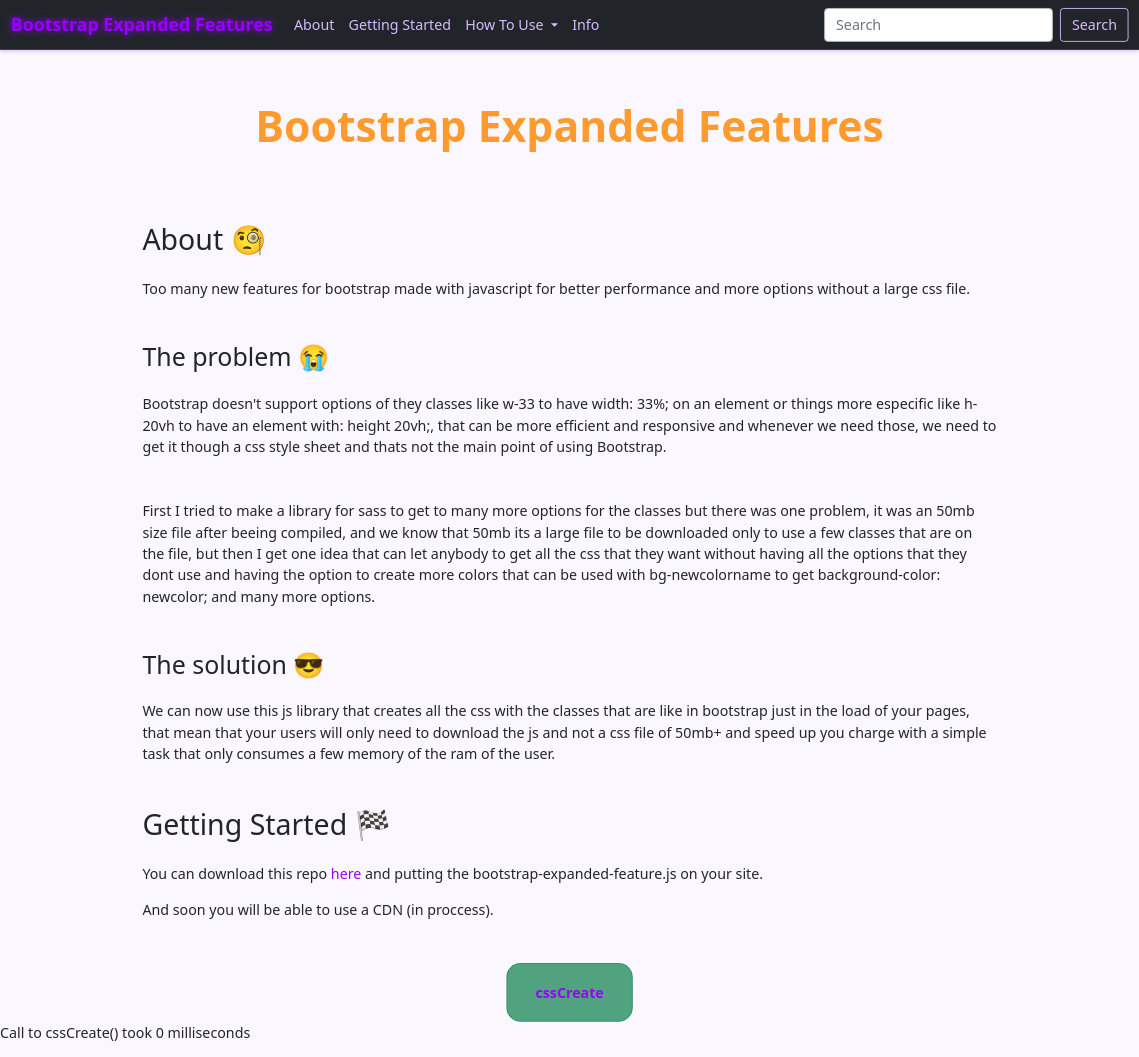
Repository: LynxPardelle/bootstrap-expanded-features
Page: index.html
An editor plug-in stored every save of this project. The page is shown before and after the next save, followed by the edit.
The browser window is 1280 px wide. The pictures show the whole page, at 89% of full size.

Above is the page before, as saved 2022-01-02 03:12:24.

### index.html
<!DOCTYPE html>
<html lang="es">
  <head>
    <meta charset="UTF-8" />
    <meta http-equiv="X-UA-Compatible" content="IE=edge" />
    <meta name="viewport" content="width=device-width, initial-scale=1.0" />
    <title>Bootstrap Expanded Features</title>
    <link
      href="https://cdn.jsdelivr.net/npm/bootstrap@5.1.3/dist/css/bootstrap.min.css"
      rel="stylesheet"
      integrity="sha384-1BmE4kWBq78iYhFldvKuhfTAU6auU8tT94WrHftjDbrCEXSU1oBoqyl2QvZ6jIW3"
      crossorigin="anonymous"
    />
    <link rel="stylesheet" href="./style.css" />
  </head>
  <body class="bef bef-bg-futurePop__OPA__0_03">
    <header>
      <nav
        class="
          navbar navbar-expand-lg navbar-dark
          bg-dark
          align-items-center
          bef
          bef-boxShadow-0px__2px__4px__lavender
          position-fixed
          top-0
          w-100
        "
      >
        <div class="container-fluid">
          <a class="navbar-brand bef bef-text-futurePop fw-bolder bef-textShadow-0px__0px__8px__futurePop" href="#"
            >Bootstrap Expanded Features</a
          >
          <button
            class="navbar-toggler"
            type="button"
            data-bs-toggle="collapse"
            data-bs-target="#navbarSupportedContent"
            aria-controls="navbarSupportedContent"
            aria-expanded="false"
            aria-label="Toggle navigation"
          >
            <span class="navbar-toggler-icon"></span>
          </button>
          <div class="collapse navbar-collapse" id="navbarSupportedContent">
            <ul class="navbar-nav me-auto mb-lg-0">
              <li class="nav-item">
                <a class="nav-link bef bef-text-lavender" href="#about"
                  >About</a
                >
              </li>
              <li class="nav-item">
                <a class="nav-link bef bef-text-lavender" href="#getting_started"
                  >Getting Started</a
                >
              </li>
              <li class="nav-item dropdown">
                <a
                  class="nav-link bef bef-text-lavender dropdown-toggle"
                  href="#howToUse"
                  id="navbarDropdown"
                  role="button"
                  data-bs-toggle="dropdown"
                  aria-expanded="false"
                >
                  How To Use
                </a>
                <ul
                  class="dropdown-menu dropdown-menu-dark"
                  aria-labelledby="navbarDropdown"
                >
                  <li>
                    <a class="dropdown-item bef bef-text-lavender" href="#"
                      >Action</a
                    >
                  </li>
                  <li>
                    <a class="dropdown-item bef bef-text-lavender" href="#"
                      >Another action</a
                    >
                  </li>
                  <li><hr class="dropdown-divider" /></li>
                  <li>
                    <a class="dropdown-item bef bef-text-lavender" href="#"
                      >Something else here</a
                    >
                  </li>
                </ul>
              </li>
              <li class="nav-item">
                <a class="nav-link bef bef-text-lavender" href="#Info">Info</a>
              </li>
            </ul>
            <form class="d-flex">
              <input
                id="searchInput"
                class="form-control me-2"
                type="search"
                placeholder="Search"
                aria-label="Search"
              />
              <button class="btn bef bef-btnOutline-lavender">Search</button>
            </form>
          </div>
        </div>
      </nav>

      <h1
        class="
          text-center
          d-block
          bef bef-w-85vw bef-w-md-75vw bef-fs-2rem bef-fs-md-3rem
          bef-m-7rem__auto__5rem
          bef-text-summer
          fw-bolder
        "
      >
        Bootstrap Expanded Features
      </h1>
    </header>

    <div>
      <main class="bef bef-w-85vw bef-wmx-1000px bef-w-md-75vw mx-auto">
        <section>
          <a id="about"></a>
          <h2>About 🧐</h2>
          <article>
            <p class="mt-4 mb-5 text-start">
              Too many new features for bootstrap made with javascript for
              better performance and more options without a large css file.
            </p>
          </article>
          <article>
            <h3>The problem 😭</h3>
            <p class="mt-4 mb-5 text-start">
              Bootstrap doesn't support options of they classes like w-33 to
              have width: 33%; on an element or things more especific like
              h-20vh to have an element with: height 20vh;, that can be more
              efficient and responsive and whenever we need those, we need to
              get it though a css style sheet and thats not the main point of
              using Bootstrap.
            </p>
            <p class="mt-4 mb-5 text-start">
              First I tried to make a library for sass to get to many more
              options for the classes but there was one problem, it was an 50mb
              size file after beeing compiled, and we know that 50mb its a large
              file to be downloaded only to use a few classes that are on the
              file, but then I get one idea that can let anybody to get all the
              css that they want without having all the options that they dont
              use and having the option to create more colors that can be used
              with bg-newcolorname to get background-color: newcolor; and many
              more options.
            </p>
          </article>
          <article>
            <h3>The solution 😎</h3>
            <p class="mt-4 mb-5 text-start">
              We can now use this js library that creates all the css with the
              classes that are like in bootstrap just in the load of your pages,
              that mean that your users will only need to download the js and
              not a css file of 50mb+ and speed up you charge with a simple task
              that only consumes a few memory of the ram of the user.
            </p>
          </article>
        </section>
        <section>
          <a id="getting_started"></a>
          <h2>Getting Started 🏁</h2>
          <article>
            <p class="mt-4 mb-3 text-start bef bef-link-futurePop">
              You can download this repo
              <a
                class="text-decoration-none"
                href="https://github.com/LynxPardelle/bootstrap-expanded-features.git"
                target="_blank"
                >here</a
              >
              and putting the bootstrap-expanded-feature.js on your site.
            </p>
            <p class="mt-3 mb-5 text-start bef bef-link-futurePop">
              And soon you will be able to use a CDN (in proccess).
            </p>
          </article>
        </section>
      </main>
      <aside></aside>
    </div>

    <footer>
      <a id="#info"></a>
      <button
        class="
          btn
          bef
          bef-btn-success__OPA__0_75
          bef-text-futurePop
          fw-bold
          d-block
          mx-auto
          bef-p-1_25rem__2rem
          bef-rounded-1rem
        "
        onclick="cssCreate()"
      >
        cssCreate
      </button>

      <div id="befTimer"></div>
    </footer>

    <!--
Classes:
w width
h height
wmx max-width
hmx max-height
wmn min-width
hmn min-height
rounded border-radius
z z-index
opacity opacity
top top
bottom bottom
end left
start right
fs font-size
lh line-height
gap gap
p padding
m margin
border border-width
borderStyle border-style

bg background-color
text color
link a color
borderColor border-color
btn background-color border-color box-shadow
btnOutline border-color box-shadow
boxShadow box-shadow
textShadow text-shadow

Sides:
s left
e right
t top
b bottom
x left & right
y top & bottom

BreakPoints:
sm 576
md 768
lg 992
xl 1200
xxl 1400
-->
    <script
      src="https://cdn.jsdelivr.net/npm/bootstrap@5.1.3/dist/js/bootstrap.bundle.min.js"
      integrity="sha384-ka7Sk0Gln4gmtz2MlQnikT1wXgYsOg+OMhuP+IlRH9sENBO0LRn5q+8nbTov4+1p"
      crossorigin="anonymous"
    ></script>
    <script>
      var colors = {
        monster: "#00AA00",
        futurePop: "#9700FF",
      };
    </script>
    <script src="./bootstrap-expanded-features.js"></script>
  </body>
</html>

Loaded but not shown: bootstrap-expanded-features.js (library); style.css (no stored copy; drawn as an empty file)

After the next save:
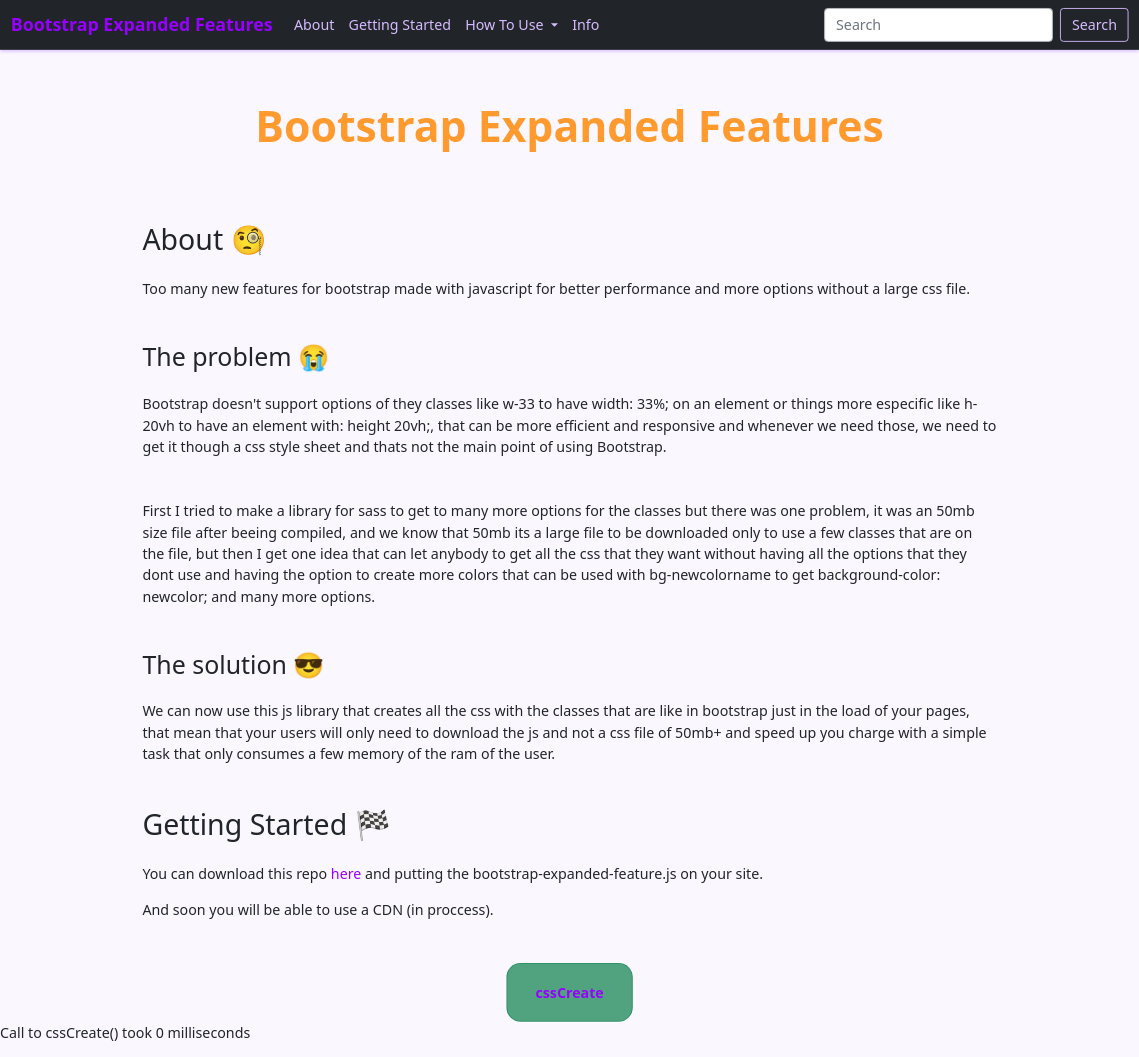
Saved 22 s later.
--- a/index.html
+++ b/index.html
@@ -28,7 +28,7 @@
         "
       >
         <div class="container-fluid">
-          <a class="navbar-brand bef bef-text-futurePop fw-bolder bef-textShadow-0px__0px__8px__futurePop" href="#"
+          <a class="navbar-brand bef bef-text-futurePop fw-bolder bef-textShadow-lavender" href="#"
             >Bootstrap Expanded Features</a
           >
           <button
